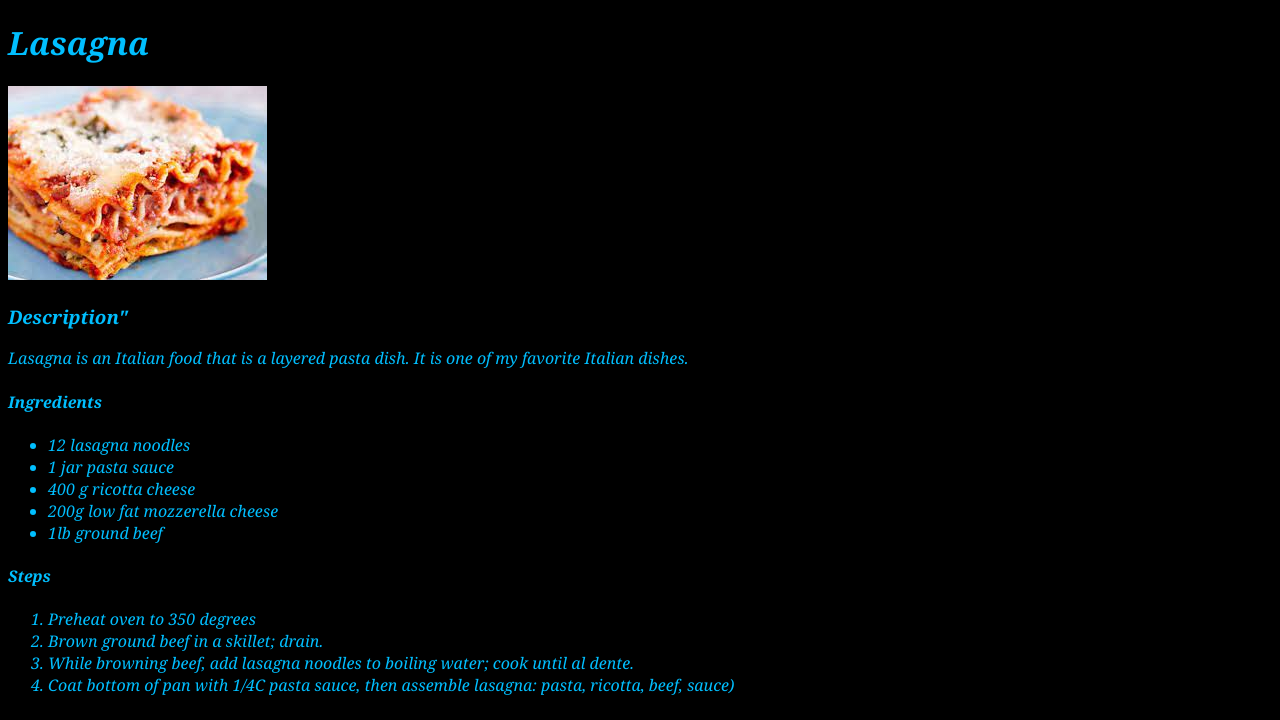
Repository: swillis91/odin-recipies
Page: repos/odin-recipies/Recipies/lasagna.html
These files come from the project's save history. The page is drawn as it stood at one moment and after the next save; the edit follows.
The browser window is 1280 px wide. The pictures show the whole page.

Above is the page before, as saved 2023-08-09 00:19:24.

After the next save:
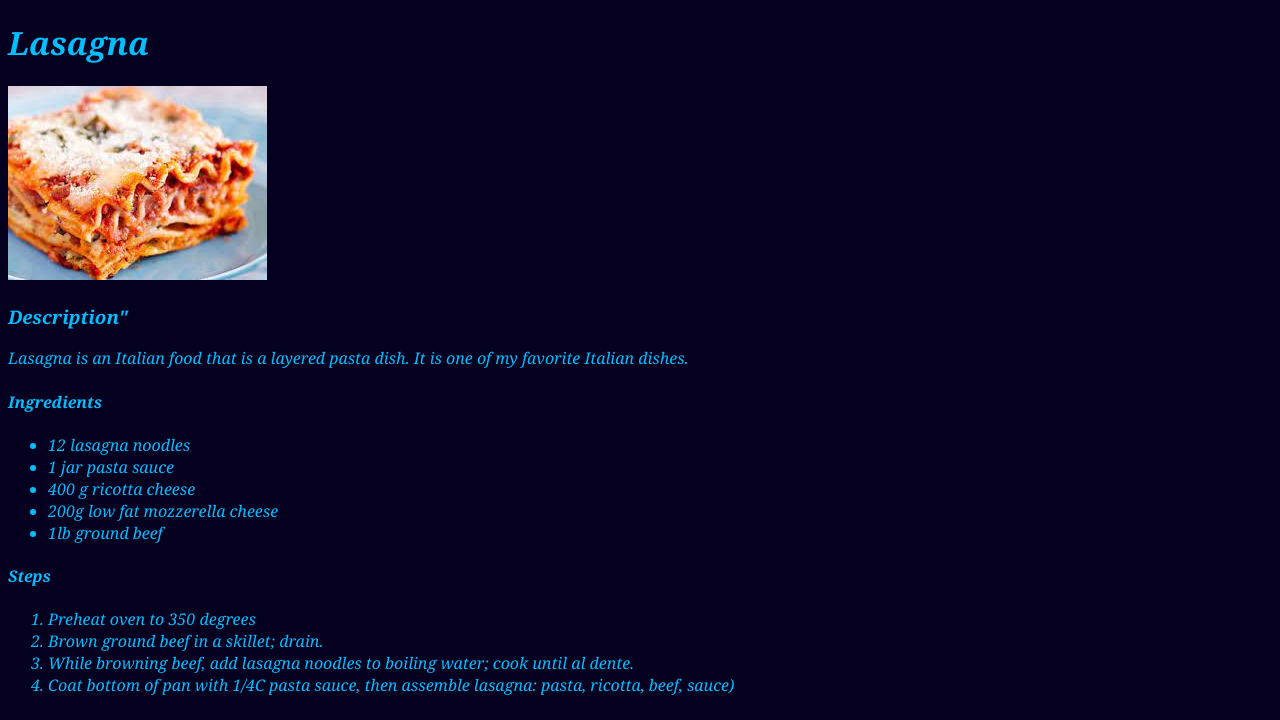
Saved 25 s later.
--- a/repos/odin-recipies/Recipies/style.css
+++ b/repos/odin-recipies/Recipies/style.css
@@ -1,7 +1,7 @@
 
 body{
     color: rgb(0, 191, 255);
-    background-color: black;
+    background-color: rgb(6, 0, 32);
     font-family: Georgia, 'Times New Roman', Times, serif;
     font-style: oblique;
 }
